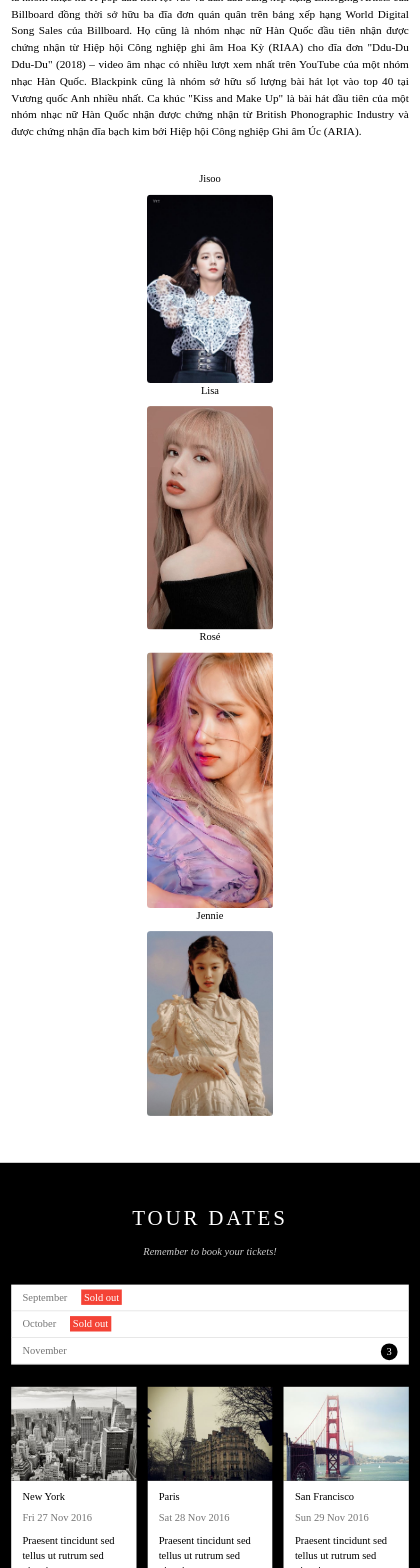
Repository: vanntrong/w3_band
Page: index.html
An editor plug-in stored every save of this project. The page is shown before and after the next save, followed by the edit.
The browser window is 600 px wide. The pictures show the part of the page from y = 713 to 2953 px (the page is 4054 px tall before and 4094 px after), at 70% of full size.

Above is the page before, as saved 2021-08-27 20:02:53.

### index.html
<!DOCTYPE html>
<html lang="en">
  <head>
    <meta charset="UTF-8" />
    <meta http-equiv="X-UA-Compatible" content="IE=edge" />
    <meta name="viewport" content="width=device-width, initial-scale=1.0" />
    <title>BLΛƆKPIИK</title>
    <link rel="stylesheet" href="./assest/css/reset.css" />
    <link rel="stylesheet" href="./assest/css/index.css" />
    <link rel="stylesheet" href="./assest/css/responsive.css" />
    <link rel="stylesheet" href="./assest/font/themify-icons-font/themify-icons/themify-icons.css" />
    <link rel="stylesheet" href="./script/script.js" />
  </head>
  <body>
    <div id="main">
      <div id="header">
        <!-- Begin: nav -->
        <ul id="nav">
          <li><a href="#">Home</a></li>
          <li><a href="#about">Band</a></li>
          <li><a href="#tour">Tour</a></li>
          <li><a href="#contact">Contact</a></li>
          <li>
            <a href="#">
              More
              <i class="nav-arrow-down ti-angle-down"></i>
            </a>
            <ul class="subnav">
              <li><a href="#">Merchandise</a></li>
              <li><a href="#">Extras</a></li>
              <li><a href="#">Media</a></li>
            </ul>
          </li>
        </ul>
        <!-- End: nav -->

        <!-- Begin: Search button -->
        <div class="search-btn">
          <i class="search-icon ti-search"></i>
        </div>
        <!-- End: Search button -->

        <!-- Begin: mobile menu -->
        <div id="mobile-menu" class="mobile-menu-btn">
          <i class="menu-icon ti-menu"></i>
        </div>
        <!-- End: mobile menu -->
      </div>

      <div id="slider">
        <div class="text-content">
          <h2 class="text-heading">BLACKPINK</h2>
          <div class="text-description">BLACKPINK IN YOUR AREA</div>
        </div>
      </div>

      <div id="content">
        <div class="about-section">
          <!-- About section -->
          <div class="content-section" id="about">
            <a href="https://www.instagram.com/blackpinkofficial/" target="blank"
              ><h2 class="section-heading">BLΛƆKPIИK</h2></a
            >
            <p class="section-sub-heading">BLACKPINK In Your Area</p>
            <p class="about-text">
              Blackpink (Hangul: 블랙핑크; thường được viết cách điệu là BLACKPINK hoặc BLΛƆKPIИK) là một nhóm nhạc nữ
              Hàn Quốc do công ty YG Entertainment thành lập và quản lý. Nhóm gồm 4 thành viên Jisoo, Jennie, Rosé,
              Lisa. Blackpink chính thức ra mắt với album đĩa đơn đầu tay mang tên Square One gồm hai ca khúc
              "Boombayah" và "Whistle". Cả hai sau đó đã lọt vào bảng xếp hạng World Digital Songs của Billboard và bảng
              xếp hạng nhạc số Gaon của Hàn Quốc. Blackpink là nhóm nhạc nữ Hàn Quốc có thứ hạng cao nhất trên bảng xếp
              hạng Billboard Hot 100 khi đạt vị trí thứ 13 với "Ice Cream" (2020) và trên Billboard 200 với The Album
              (2020) ở vị trí thứ hai. Blackpink là nhóm nhạc nữ K-pop đầu tiên lọt vào và dẫn đầu bảng xếp hạng
              Emerging Artists của Billboard đồng thời sở hữu ba đĩa đơn quán quân trên bảng xếp hạng World Digital Song
              Sales của Billboard. Họ cũng là nhóm nhạc nữ Hàn Quốc đầu tiên nhận được chứng nhận từ Hiệp hội Công
              nghiệp ghi âm Hoa Kỳ (RIAA) cho đĩa đơn "Ddu-Du Ddu-Du" (2018) – video âm nhạc có nhiều lượt xem nhất trên
              YouTube của một nhóm nhạc Hàn Quốc. Blackpink cũng là nhóm sở hữu số lượng bài hát lọt vào top 40 tại
              Vương quốc Anh nhiều nhất. Ca khúc "Kiss and Make Up" là bài hát đầu tiên của một nhóm nhạc nữ Hàn Quốc
              nhận được chứng nhận từ British Phonographic Industry và được chứng nhận đĩa bạch kim bởi Hiệp hội Công
              nghiệp Ghi âm Úc (ARIA).
            </p>
            <div class="member-list">
              <div class="member-item">
                <a href="https://www.instagram.com/sooyaaa__/" target="blank"><p class="member-name">Jisoo</p></a>
                <a href="https://www.instagram.com/sooyaaa__/" target="blank"
                  ><img src="./assest/img/team/jisoo/jisoo.jpg" alt="Image-of-Jisoo" class="member-img"
                /></a>
              </div>
              <div class="member-item">
                <a href="https://www.instagram.com/lalalalisa_m/" target="blank"><p class="member-name">Lisa</p></a>
                <a href="https://www.instagram.com/lalalalisa_m/" target="blank"
                  ><img src="./assest/img/team/lisa/lisa.jpg" alt="Image of Jisoo" class="member-img"
                /></a>
              </div>
              <div class="member-item">
                <a href="https://www.instagram.com/roses_are_rosie/" target="blank"><p class="member-name">Rosé</p></a>
                <a href="https://www.instagram.com/roses_are_rosie/" target="blank"
                  ><img src="./assest/img/team/rose/rose.jpg" alt="Image of Jisoo" class="member-img"
                /></a>
              </div>
              <div class="member-item">
                <a href="https://www.instagram.com/jennierubyjane/" target="blank"><p class="member-name">Jennie</p></a>
                <a href="https://www.instagram.com/jennierubyjane/" target="blank"
                  ><img src="./assest/img/team/jennie/jennie.jpg" alt="Image of Jisoo" class="member-img"
                /></a>
              </div>
            </div>
          </div>
        </div>
        <div class="tour-section">
          <!-- tour section -->
          <div id="tour" class="content-section">
            <h2 class="section-heading text-white">TOUR DATES</h2>
            <p class="section-sub-heading text-white">Remember to book your tickets!</p>

            <ul class="ticket-list">
              <li>September <span class="sold-out">Sold out</span></li>
              <li>October <span class="sold-out">Sold out</span></li>
              <li>November <span class="quantity">3</span></li>
            </ul>

            <!-- places -->
            <div class="places-list">
              <div class="place-item">
                <img src="./assest/img/places/newyork.jpg" alt="New York" class="place-img" />
                <div class="place-body">
                  <h3 class="place-heading">New York</h3>
                  <p class="place-time">Fri 27 Nov 2016</p>
                  <p class="place-desc text-black">Praesent tincidunt sed tellus ut rutrum sed vitae justo.</p>
                  <button class="place-buy-btn js-buy-ticket">Buy Tickets</button>
                </div>
              </div>
              <div class="place-item">
                <img src="./assest/img/places/paris.jpg" alt="Paris" class="place-img" />
                <div class="place-body">
                  <h3 class="place-heading">Paris</h3>
                  <p class="place-time">Sat 28 Nov 2016</p>
                  <p class="place-desc text-black">Praesent tincidunt sed tellus ut rutrum sed vitae justo.</p>
                  <button class="place-buy-btn js-buy-ticket">Buy Tickets</button>
                </div>
              </div>
              <div class="place-item">
                <img src="./assest/img/places/sanfran.jpg" alt="San Francisco" class="place-img" />
                <div class="place-body">
                  <h3 class="place-heading">San Francisco</h3>
                  <p class="place-time">Sun 29 Nov 2016</p>
                  <p class="place-desc text-black">Praesent tincidunt sed tellus ut rutrum sed vitae justo.</p>
                  <button class="place-buy-btn js-buy-ticket">Buy Tickets</button>
                </div>
              </div>
              <div class="clear"></div>
            </div>
          </div>
        </div>

        <!-- begin: contact section -->
        <div id="contact" class="content-section">
          <h2 class="section-heading text-black">CONTACT</h2>
          <p class="section-sub-heading text-black">Fan? Drop a note!</p>

          <div class="row contact-content">
            <div class="col col-half contact-info">
              <p><i class="ti-location-pin"></i>Long An, Viet Nam</p>
              <p><i class="ti-mobile"></i>Phone: +84 377986844</p>
              <p><i class="ti-email"></i>Email: vantrongbrv@gmail.com</p>
            </div>

            <div class="col col-half contact-form">
              <form action="">
                <div class="row">
                  <div class="col col-half">
                    <input type="text" name="" placeholder="Name" required id="" class="form-control" />
                  </div>

                  <div class="col col-half">
                    <input type="email" name="" placeholder="Email" required id="" class="form-control" />
                  </div>
                </div>
                <div class="row mt-8px">
                  <div class="col col-full">
                    <input type="text" name="" placeholder="Message" required id="" class="form-control" />
                  </div>
                </div>

                <input class="form-submit-btn mt-16px" type="submit" value="SEND" />
              </form>
            </div>
          </div>
        </div>
        <!-- end: contact section -->
        <div class="map-section">
          <img class="map-img" src="./assest/img/places/map.jpg" alt="" />
        </div>
      </div>

      <div id="footer">
        <div class="social-list">
          <a target="blank" href="https://www.facebook.com/votrong143/"><i class="ti-facebook"></i></a>
          <a target="blank" href="https://www.instagram.com/va.trogn/"><i class="ti-instagram"></i></a>
          <a target="blank" href="https://github.com/vanntrong"><i class="ti-github"></i></a>
          <a href="#"><i class="ti-pinterest"></i></a>
          <a href="#"><i class="ti-twitter-alt"></i></a>
          <a href="#"><i class="ti-linkedin"></i></a>
        </div>
        <p class="copyright">Powered by <a href="">VanTrong</a></p>
      </div>
    </div>

    <div class="modal js-modal">
      <div class="modal-container js-modal-container">
        <div class="modal-close js-modal-close">
          <i class="ti-close"></i>
        </div>

        <header class="modal-header">
          <i class="ti-bag"></i>
          Tickets
        </header>

        <div class="modal-body">
          <label for="ticket-quantity" class="modal-label">
            <i class="ti-shopping-cart"></i>
            Tickets, $15 per person
          </label>
          <input id="ticket-quantity" type="text" required class="modal-input" placeholder="How many?" />

          <label for="ticket-email" class="modal-label">
            <i class="ti-user"></i>
            Send To
          </label>
          <input id="ticket-email" type="text" required class="modal-input" placeholder="Enter email" />

          <button id="buy-tickets">
            Pay
            <i class="ti-check"></i>
          </button>
        </div>

        <footer class="modal-footer">
          <p class="modal-help">Need <a href="">help?</a></p>
        </footer>
      </div>
    </div>

    <script>
      const buyBtns = document.querySelectorAll(".js-buy-ticket");
      const modal = document.querySelector(".js-modal");
      const modalClose = document.querySelector(".js-modal-close");
      const modalContainer = document.querySelector(".js-modal-container");

      //show modal buy ticket (add class open to modal)
      function showBuyTicket() {
        modal.classList.add("open");
      }
      //hide modal buy ticket (remove class open to modal)
      function hideBuyTicket() {
        modal.classList.remove("open");
      }

      //lap qua tung the button va nghe hanh vi click
      for (const buyBtn of buyBtns) {
        buyBtn.addEventListener("click", showBuyTicket);
      }

      //click vao dong modal
      modalClose.addEventListener("click", hideBuyTicket);

      //click vao ben ngoai thi thoat modal
      modal.addEventListener("click", hideBuyTicket);

      //fix bug bam vao modal thi bi thoat ra
      modalContainer.addEventListener("click", function (event) {
        event.stopPropagation();
      });

      // Open mobile menu
      var header = document.getElementById("header");
      var mobileMenu = document.getElementById("mobile-menu");
      var headerHeight = header.clientHeight;

      mobileMenu.onclick = function () {
        var isClose = header.clientHeight === headerHeight;
        if (isClose) {
          header.style.height = "auto";
        } else {
          header.style.height = null;
        }
      };

      //auto close menu mobile
      var menuItems = document.querySelectorAll('#nav li a[href*="#"]');
      for (var i = 0; i < menuItems.length; i++) {
        var menuItem = menuItems[i];

        menuItem.onclick = function (event) {
          var isParentMenu = this.nextElementSibling && this.nextElementSibling.classList.contains("subnav");
          if (isParentMenu) {
            event.preventDefault();
          } else {
            header.style.height = null;
          }
        };
      }
    </script>
  </body>
</html>

### assest/css/index.css
/* reset css */
* {
  padding: 0;
  margin: 0;
  box-sizing: border-box;
}

/* end reset */

html {
  scroll-behavior: smooth;
  /* font-family: Helvetica, Arial, sans-serif; */
  font-family: "Times New Roman", Times, serif;
}

/*
1. Vị trí
2. Kích thước
3. Màu sắc
4. Kiểu dáng (kiểu chữ, hình tròn, hình vuông)
*/

/* css dùng chung */

#main {
}

.clear {
  clear: both;
}

.text-white {
  color: #fff !important;
}

.text-black {
  color: #000 !important;
}

.mt-8px {
  margin-top: 8px !important;
}

.mt-16px {
  margin-top: 16px !important;
}

.row {
  margin-left: -8px;
  margin-right: -8px;
}

.row::after {
  content: "";
  display: block;
  clear: both;
}

.col {
  float: left;
  padding-left: 8px;
  padding-right: 8px;
}

.col-full {
  width: 100%;
}

.col-half {
  width: 50%;
}

/* Begin header */
#header {
  position: fixed;
  top: 0;
  left: 0;
  right: 0;
  height: 46px;
  background-color: #000;
  z-index: 1;
}

#nav {
  display: inline-block;
}

#nav,
.subnav {
  list-style-type: none;
}

#nav > li {
  display: inline-block;
}

#nav li {
  position: relative;
}

#nav li:first-child {
  display: inline-block;
}

#nav > li > a {
  color: #fff;
  text-transform: uppercase;
}

#nav li a {
  text-decoration: none;
  line-height: 46px;
  padding: 0 24px;
  display: block;
}

#nav li:hover .subnav {
  display: block;
}

#nav > li:hover > a,
#nav .subnav li:hover {
  color: #000;
  background-color: #ccc;
}

#nav .subnav {
  display: none;
  position: absolute;
  top: 100%;
  left: 0;
  background-color: #fff;
  box-shadow: 0 0 10px rgba(0, 0, 0, 0.3);
  min-width: 160px;
}

#nav .subnav a {
  color: #000;
  padding: 0 12px;
  line-height: 38px;
}

#nav .ti-angle-down {
  font-size: 12px;
}

#header .mobile-menu-btn {
  position: absolute;
  top: 0;
  right: 0;
  display: none;
}

#header .mobile-menu-btn,
#header .search-btn {
  float: right;
  padding: 0 21px;
}

#header .mobile-menu-btn:hover {
  background-color: #ccc;
}

#header .mobile-menu-btn:hover .menu-icon {
  color: #000;
}

#header .search-btn:hover {
  cursor: pointer;
  background-color: #f44336;
}

#header .menu-icon,
#header .search-icon {
  color: #fff;
  font-size: 20px;
  line-height: 46px;
}
/* end header */

/* Begin slider */
#slider {
  position: relative;
  margin-top: 46px;
  padding-top: 50%;
  background: url("../img/slider/slider1.jpg") top center / cover no-repeat;
}

#slider .text-content {
  position: absolute;
  bottom: 48px;
  color: #fff;
  width: 100%;
  text-align: center;
}

#slider .text-heading {
  font-weight: 500px;
  font-size: 24px;
}

#slider .text-description {
  font-size: 15px;
  margin-top: 15px;
}
/* end slider */

/* begin content */
#content {
}

/* #content .about-section {
    background-color: #000;
} */

#content .tour-section {
  background-color: #000;
}

#content a {
  text-decoration-line: none;
}

#content p {
  color: black;
}

/* dùng tạm */
#content #contact p {
  color: black;
}

#content .content-section {
  width: 800px;
  max-width: 100%;
  padding: 64px 0;
  margin-left: auto;
  margin-right: auto;
  padding-left: 16px;
  padding-right: 16px;
}

#content .section-heading {
  font-size: 30px;
  /* color: pink; */
  font-weight: 500px;
  text-align: center;
  /* Khoảng cách giữa các chữ */
  letter-spacing: 4px;
  color: black;
}

#content .section-sub-heading {
  font-size: 15px;
  text-align: center;
  margin-top: 25px;
  /* kiểu chữ */
  font-style: italic;
  /* làm mờ */
  opacity: 0.8;
}

#content .about-text {
  margin-top: 25px;
  /* justify căn đều văn bản */
  text-align: justify;
  line-height: 1.5;
}

#content .member-list {
  margin-top: 48px;
  overflow: hidden;
}

#content .member-item {
  float: left;
  width: 25%;
  text-align: center;
}

#content .member-name {
  font-size: 15px;
  color: black;
}

#content .member-img {
  margin-top: 15px;
  width: 180px;
  border-radius: 5px;
}

.ticket-list {
  margin-top: 40px;
  background-color: #fff;
}

.ticket-list li {
  font-size: 15px;
  padding: 11px 16px;
  border-bottom: 1px solid #ddd;
  color: #757575;
  list-style: none;
}

.ticket-list .sold-out {
  background-color: #f44336;
  padding: 3px 4px;
  margin-left: 16px;
  color: #fff;
}

.ticket-list .quantity {
  float: right;
  width: 24px;
  height: 24px;
  background-color: #000;
  color: #fff;
  border-radius: 50%;
  text-align: center;
  line-height: 24px;
  margin-top: -3px;
}

/* ctrl+D ->  ctrl+right -> alt+shift+right */
/* place */

.places-list {
  margin: 32px -8px 0;
  padding-bottom: 48px;
}

.place-item {
  float: left;
  width: 33.33333%;
  padding: 0px 8px;
  /* margin-top: 32px; */
}

.place-img {
  width: 100%;
  display: block;
}

.place-img:hover {
  opacity: 0.6;
}

.place-body {
  background-color: #fff;
  padding: 16px;
  font-size: 15px;
}

.place-heading {
}

.place-time {
  margin-top: 15px;
  color: #757575 !important;
}

.place-desc {
  margin-top: 15px;
  line-height: 1.4;
}

.place-buy-btn {
  color: #fff;
  background-color: #000;
  padding: 11px 16px;
  display: inline-block;
  margin-top: 15px;
  border: none;
  cursor: pointer;
}

.place-buy-btn:hover {
  background-color: #ccc;
  color: #000;
}

.contact-content {
  margin-top: 48px;
}

.contact-info {
  font-size: 18px;
  line-height: 1.5;
}

.contact-info i[class*="ti-"] {
  width: 30px;
  display: inline-block;
}

.contact-form {
  font-size: 15px;
}

.contact-form .form-control {
  padding: 10px;
  border: 1px solid #ccc !important;
  width: 100%;
}

.contact-form .form-submit-btn {
  background-color: #000;
  color: #fff;
  float: right;
  padding: 10px 16px;
  border: 1px solid #000;
}

.contact-form .form-submit-btn:hover {
  background-color: #ccc;
  color: #000;
  cursor: pointer;
}

.map-img {
  width: 100%;
}
/* end content */

/* begin footer */
#footer {
  padding: 64px 16px;
  text-align: center;
}

#footer .social-list {
  font-size: 24px;
}

#footer .social-list a {
  color: rgba(0, 0, 0, 0.6);
  text-decoration: none;
}

#footer .social-list a:hover {
  color: rgba(0, 0, 0, 0.4);
}

#footer .copyright {
  color: rgba(0, 0, 0, 0.6);
  padding-top: 15px;
}

#footer .copyright a {
  color: rgba(0, 0, 0, 0.6);
}

#footer .copyright a:hover {
  color: rgba(0, 0, 0, 0.4);
}
/* end footer */
.modal {
  position: fixed;
  top: 0;
  left: 0;
  right: 0;
  bottom: 0;
  background: rgba(0, 0, 0, 0.4);
  display: none;
  align-items: center;
  justify-content: center;
}

.modal-container {
  background: #fff;
  max-width: calc(100% - 32px);
  width: 900px;
  min-height: 200px;
  position: relative;
  animation: modalFaceIn ease 0.5s;
}

.modal-header {
  background-color: #009688;
  height: 130px;
  display: flex;
  align-items: center;
  justify-content: center;
  font-size: 30px;
  color: #fff;
  letter-spacing: 4px;
}

/* .modal-heading-icon {
    margin-right: 16px;
} */

.modal-close {
  position: absolute;
  right: 0;
  top: 0;
  color: #fff;
  padding: 12px;
  cursor: pointer;
  opacity: 0.8;
}

.modal-close:hover {
  opacity: 1;
}

.modal-body {
  padding: 16px;
}

.modal-label {
  display: block;
  font-size: 15px;
  margin-bottom: 12px;
}

.modal-input {
  border: 1px solid #ccc;
  width: 100%;
  padding: 8px;
  font-size: 15px;
  margin-bottom: 24px;
}

#buy-tickets {
  background-color: #009688;
  border: none;
  color: #fff;
  width: 100%;
  text-transform: uppercase;
  padding: 16px;
  cursor: pointer;
}

#buy-tickets:hover {
  opacity: 0.8;
}

.modal-footer {
  padding: 16px;
  text-align: right;
  margin-bottom: 10px;
}

.modal-footer a {
  color: #2196f3;
}

.modal.open {
  display: flex;
}

@keyframes modalFaceIn {
  from {
    transform: translateY(-140px);
    opacity: 0;
  }
  to {
    transform: translateY(0);
    opacity: 1;
  }
}

### assest/css/responsive.css
@media (max-width: 740px) {
  #nav {
    display: block;
  }

  #nav li {
    display: block;
  }

  #nav li a {
    padding: 1px 24px;
  }

  #nav .subnav {
    position: inherit;
    background-color: #333;
  }

  #nav .subnav {
    color: #fff;
    padding: 5px 41px;
  }

  #header {
    overflow: hidden;
  }

  #header .search-btn {
    display: none;
  }

  #header .mobile-menu-btn {
    display: block;
  }

  #content .member-item {
    width: 100%;
  }
}

Loaded but not shown: assest/css/reset.css (common file); assest/font/themify-icons-font/themify-icons/themify-icons.css (common file); script/script.js (no stored copy; drawn as an empty file)

After the next save:
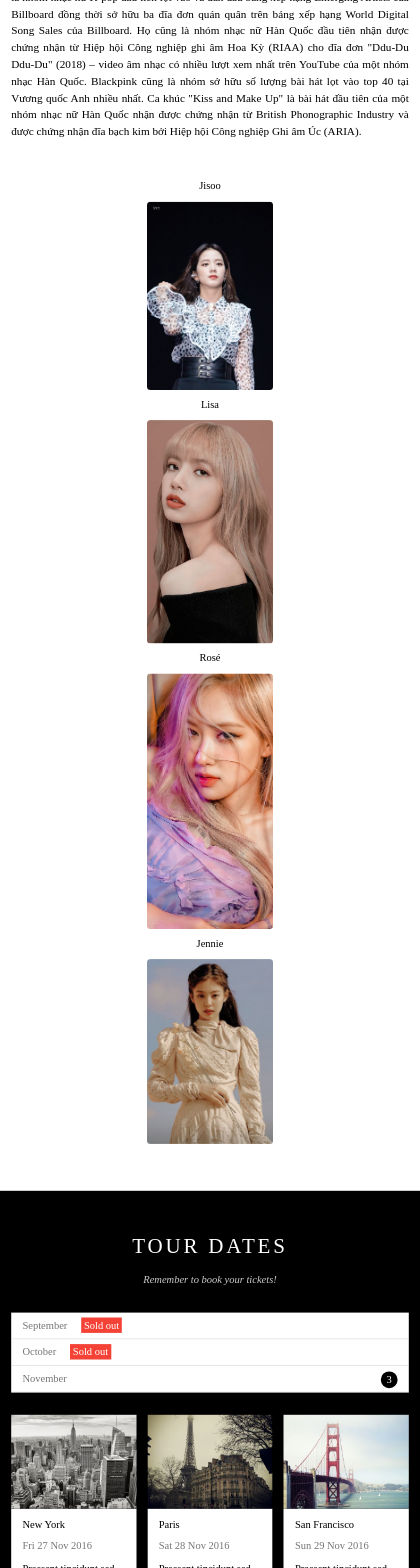
Saved 23 s later.
--- a/assest/css/responsive.css
+++ b/assest/css/responsive.css
@@ -36,4 +36,8 @@
   #content .member-item {
     width: 100%;
   }
+
+  #content .member-name {
+    padding-top: 10px;
+  }
 }
